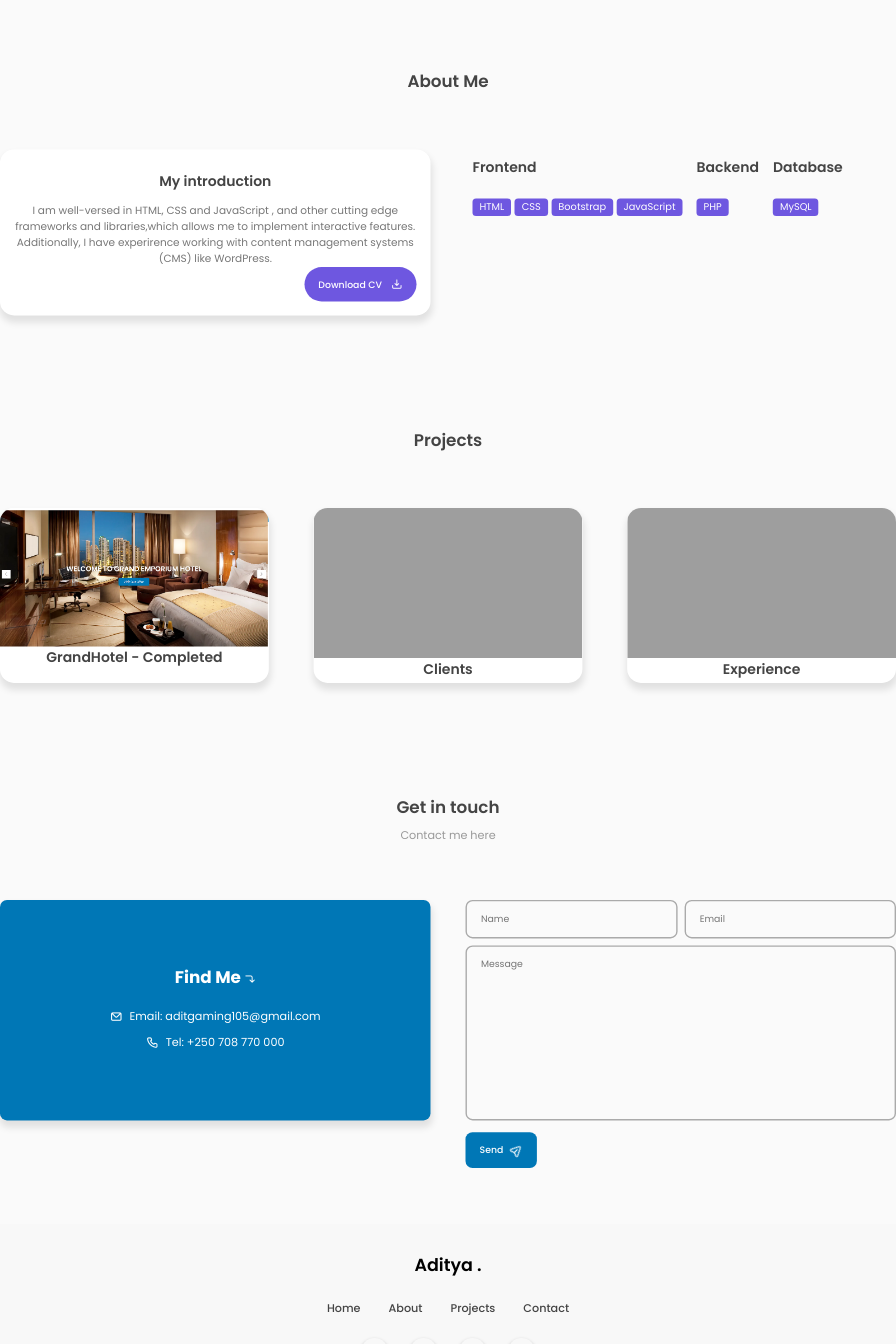
Repository: 4Kbrain/Portofolio
Page: index.html
The author's editor kept a copy of each file at every save. The page is drawn from the files as they stood at one save, then again after the next save.
The browser window is 1280 px wide. The pictures show the part of the page from y = 701 to 2621 px (the page is 2774 px tall before and 2744 px after), at 70% of full size.
Pictures or frames that could not be fetched are drawn as grey boxes.

Above is the page before, as saved 2024-05-15 16:11:21.
Console error: ReferenceError: ScrollReveal is not defined

After the next save:
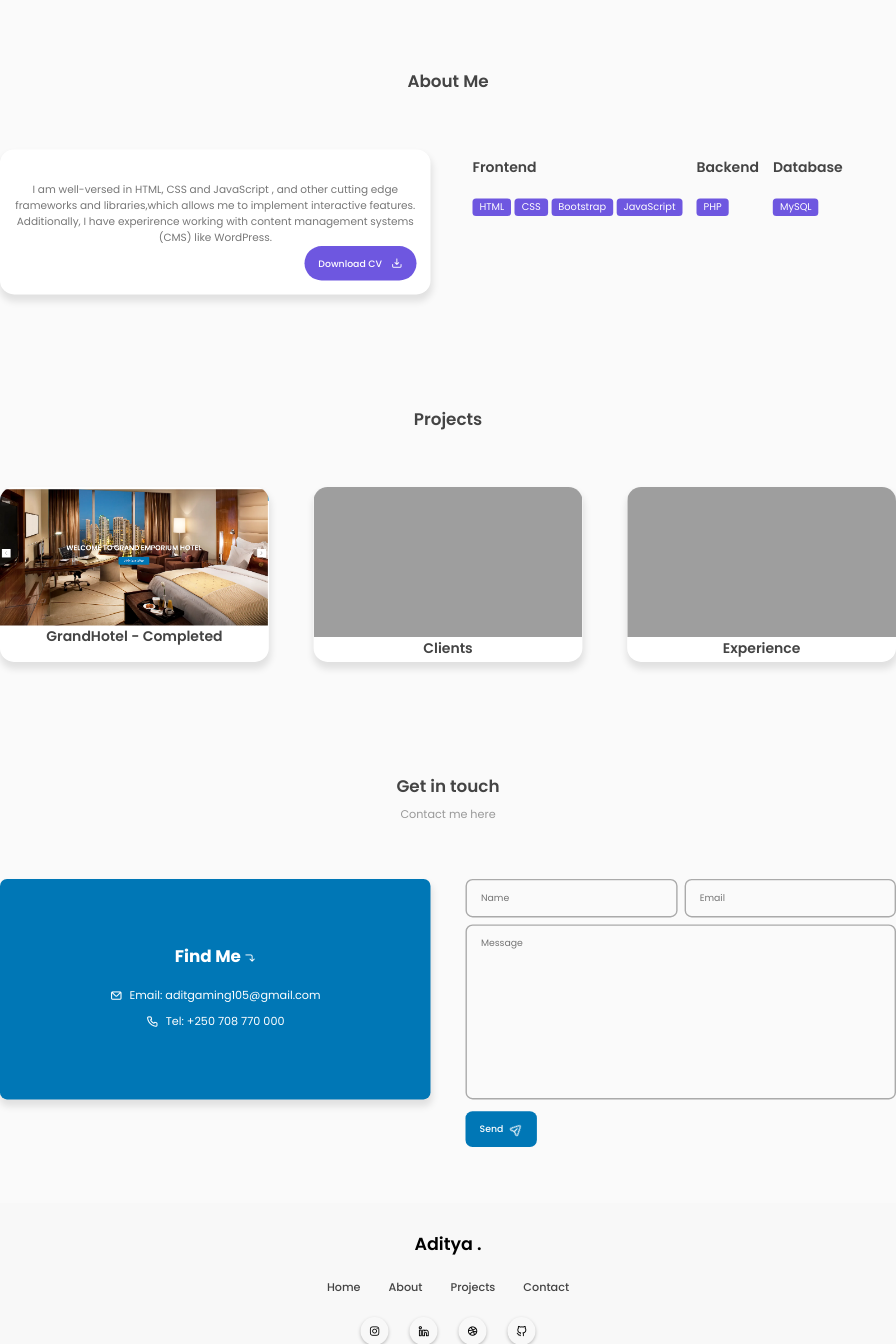
Saved 107 s later.
--- a/index.html
+++ b/index.html
@@ -97,7 +97,7 @@
         <div class="row">
             <div class="col">
                 <div class="about-info">
-                    <h3>My introduction</h3>
+                    <h3></h3>
                     <p>I am well-versed in HTML, CSS and JavaScript , and other cutting edge
                         frameworks and libraries,which allows me to implement interactive features.
                         Additionally, I have experirence working with content management systems (CMS) like

After the save that followed:
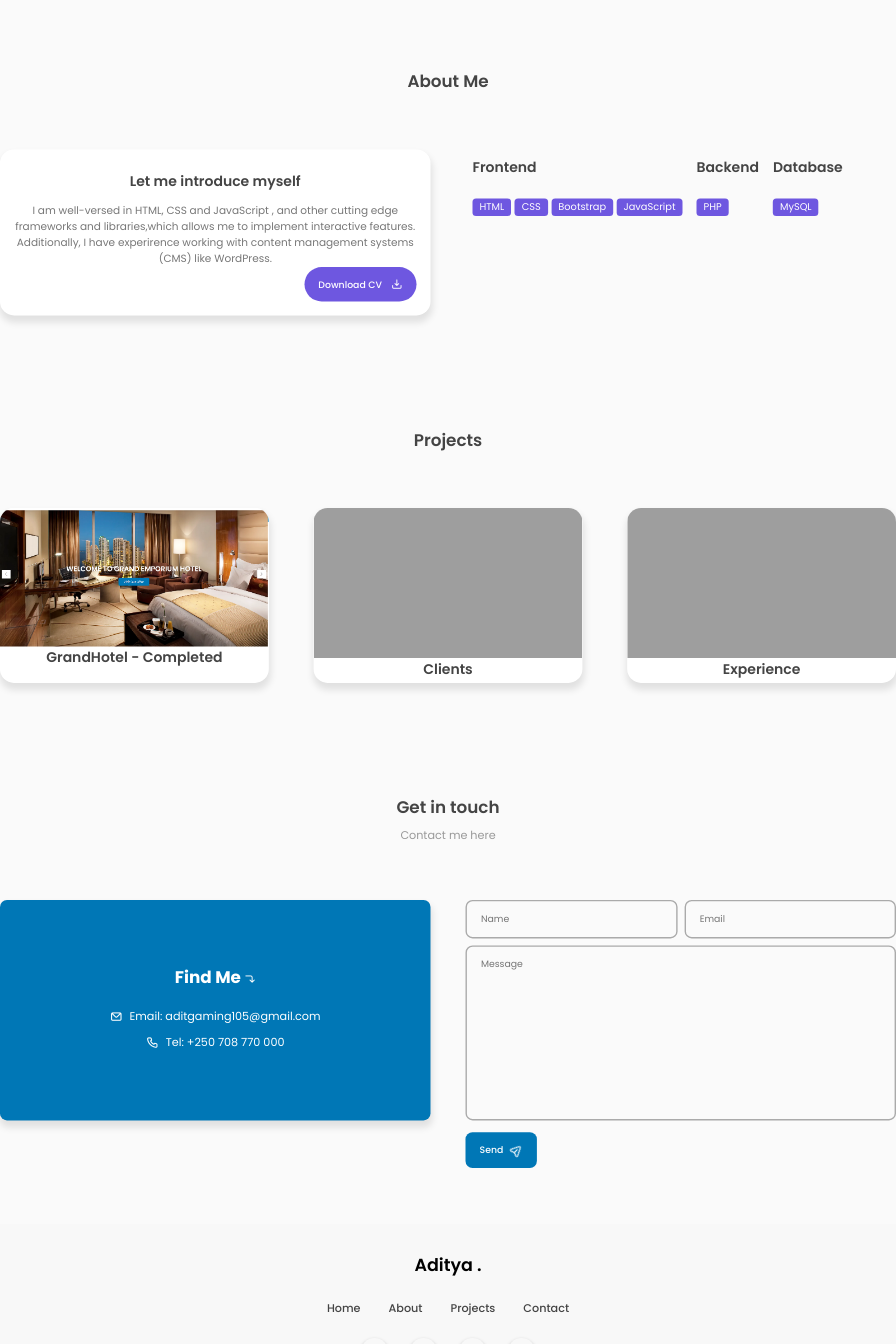
Saved 10 s later.
--- a/index.html
+++ b/index.html
@@ -97,7 +97,7 @@
         <div class="row">
             <div class="col">
                 <div class="about-info">
-                    <h3></h3>
+                    <h3>Let me introduce myself</h3>
                     <p>I am well-versed in HTML, CSS and JavaScript , and other cutting edge
                         frameworks and libraries,which allows me to implement interactive features.
                         Additionally, I have experirence working with content management systems (CMS) like
